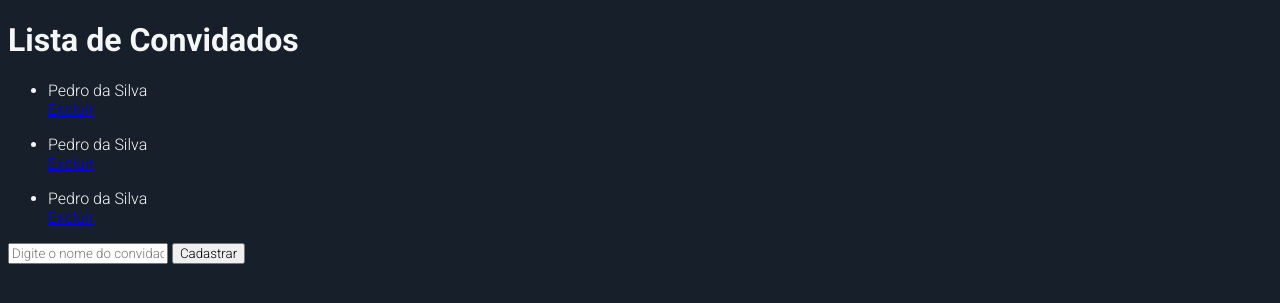
Repository: andrevff/lista-de-convidados
Page: index.html
The author's editor kept a copy of each file at every save. The page is drawn from the files as they stood at one save, then again after the next save.
The browser window is 1280 px wide. The pictures show the whole page.

Above is the page before, as saved 2022-11-29 17:23:11.

After the next save:
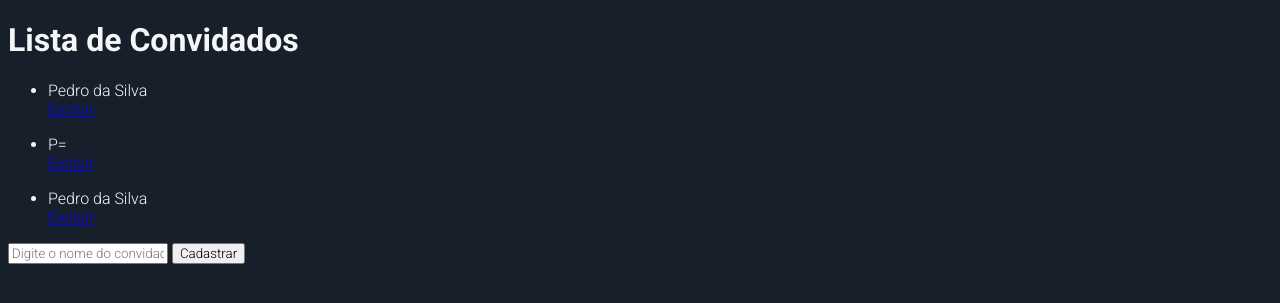
Saved 34 s later.
--- a/index.html
+++ b/index.html
@@ -15,7 +15,7 @@
             <a href="#">Excluir</a>
         </ul>
         <ul>
-            <li>Pedro da Silva</li>
+            <li>P=</li>
             <a href="#">Excluir</a>
         </ul>
         <ul>
